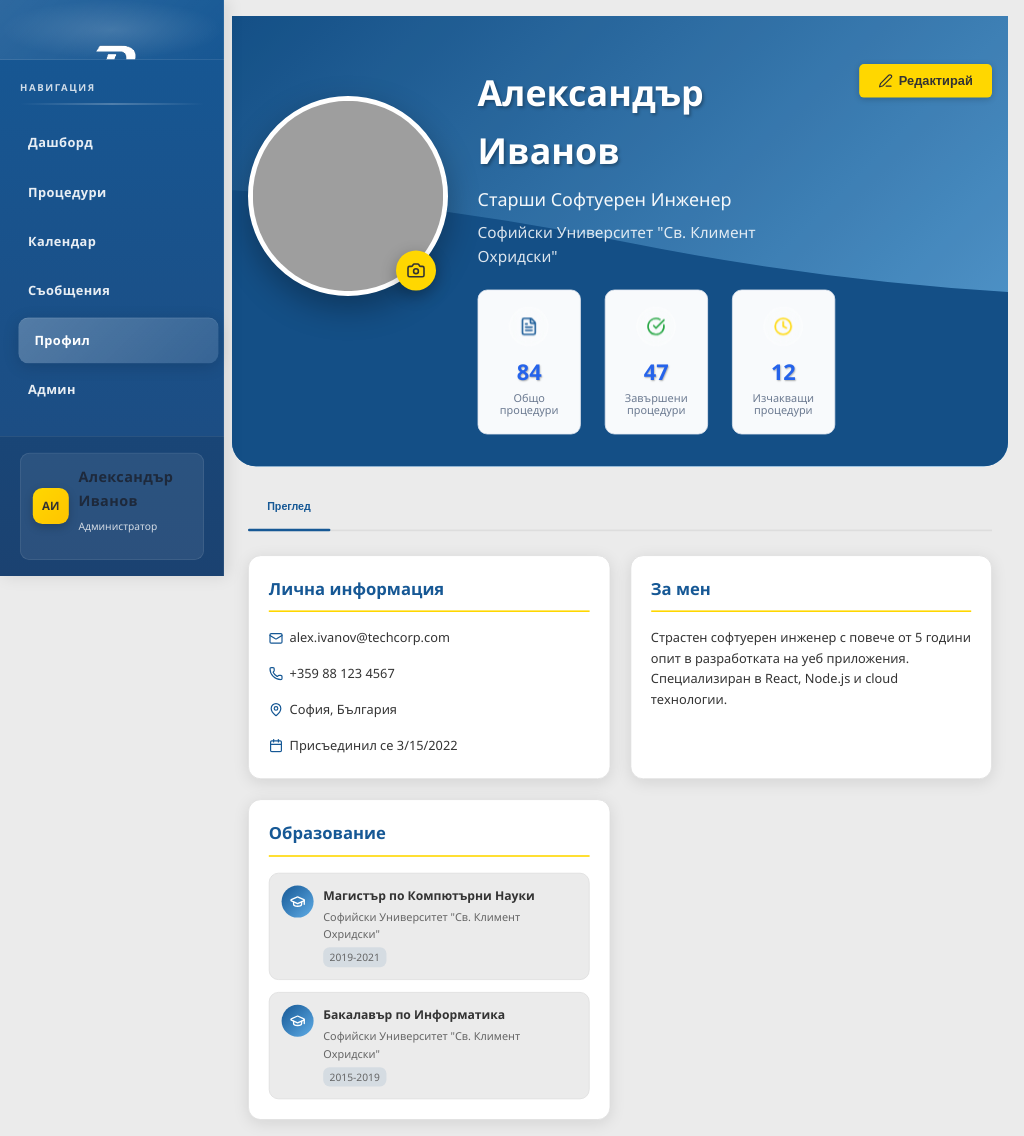
Repository: BorisSavianov/doxa-frontend
Page: /profile
These files come from the project's save history. The page is drawn as it stood at one moment and after the next save; the edit follows.
The browser window is 1280 px wide. The pictures show the whole page, at 80% of full size.
Pictures or frames that could not be fetched are drawn as grey boxes. The project was rebuilt for these pictures with package versions that can differ from the ones it lists, and the page was loaded fresh each time. Also part of the build but not shown: vite.config.js, src/components/Layout/Header.jsx, src/pages/Dashboard.jsx, src/pages/Inbox.css, src/pages/Inbox.jsx, src/pages/Calendar.css, src/pages/Calendar.jsx, src/pages/Admin.jsx and 2 more.

Above is the page before, as saved 2025-10-24 15:12:27.

### index.html
<!doctype html>
<html lang="en">
  <head>
    <meta charset="UTF-8" />
    <link rel="icon" type="image/svg+xml" href="/vite.svg" />
    <meta name="viewport" content="width=device-width, initial-scale=1.0" />
    <title>vtu</title>
  </head>
  <body>
    <div id="root"></div>
    <script type="module" src="/src/main.jsx"></script>
  </body>
</html>

### src/main.jsx
import React from 'react'
import ReactDOM from 'react-dom/client'
import { createBrowserRouter, RouterProvider } from 'react-router-dom'
import { ThemeProvider } from './contexts/ThemeContext'
import { LanguageProvider } from './contexts/LanguageContext'
import Layout from './components/Layout/Layout'
import Dashboard from './pages/Dashboard'
import Profile from './pages/Profile'
import Inbox from './pages/Inbox'
import Calendar from './pages/Calendar'
import Admin from './pages/Admin'
import './index.css'
import Procedures from './pages/Procedures'

const router = createBrowserRouter([
  {
    path: "/",
    element: <Layout />,
    children: [
      {
        index: true,
        element: <Dashboard />,
      },
      {
        path: "dashboard",
        element: <Dashboard />,
      },
      {
        path: "profile",
        element: <Profile />,
      },
      {
        path: "inbox",
        element: <Inbox />,
      },
      {
        path: "calendar",
        element: <Calendar />,
      },
      {
        path: "admin",
        element: <Admin />,
      },
       {
        path: "procedures",
        element: <Procedures />,
      },
    ],
  },
], {
  future: {
    v7_startTransition: true,
    v7_relativeSplatPath: true,
  },
});

function App() {
  return (
    <ThemeProvider>
      <LanguageProvider>
        <RouterProvider router={router} />
      </LanguageProvider>
    </ThemeProvider>
  )
}

ReactDOM.createRoot(document.getElementById('root')).render(
  <React.StrictMode>
    <App />
  </React.StrictMode>,
)

### src/contexts/LanguageContext.jsx
import React, { createContext, useContext, useState } from 'react'
import { useLocalStorage } from '../hooks/useLocalStorage'

const LanguageContext = createContext()

export const useLanguage = () => {
  const context = useContext(LanguageContext)
  if (!context) {
    throw new Error('useLanguage must be used within a LanguageProvider')
  }
  return context
}

export const LanguageProvider = ({ children }) => {
  const [isEnglish, setIsEnglish] = useLocalStorage('language', false)

  const toggleLanguage = () => {
    setIsEnglish(prev => !prev)
  }

  const t = (bg, en) => {
    return isEnglish ? en : bg
  }

  const value = {
    isEnglish,
    toggleLanguage,
    t
  }

  return (
    <LanguageContext.Provider value={value}>
      {children}
    </LanguageContext.Provider>
  )
}

// В LanguageContext.jsx, добави следния код в t функцията или създай нова:
const calendarLocales = {
  bg: {
    buttonText: {
      today: 'Днес',
      month: 'Месец',
      week: 'Седмица',
      day: 'Ден',
      list: 'Списък'
    },
    allDayText: 'Цял ден',
    noEventsText: 'Няма събития'
  },
  en: {
    buttonText: {
      today: 'Today',
      month: 'Month',
      week: 'Week',
      day: 'Day',
      list: 'List'
    },
    allDayText: 'All day',
    noEventsText: 'No events'
  }
}

// Актуализирай t функцията или добави нова:
const getCalendarLocale = () => {
  return isEnglish ? calendarLocales.en : calendarLocales.bg
}

### src/components/Layout/Layout.jsx
import React from 'react'
import { Outlet } from 'react-router-dom'
import { useTheme } from '../../contexts/ThemeContext'
import Header from './Header'
import Sidebar from './Sidebar'
import '../../styles/globals.css'

const Layout = () => {
  const { isDark } = useTheme()

  return (
    <div className={`app ${isDark ? 'dark' : 'light'}`}>
      <Sidebar />
      <div className="main-content">

        <Outlet />
      </div>
    </div>
  )
}

export default Layout

### src/index.css
:root {
  font-family: Inter, system-ui, Avenir, Helvetica, Arial, sans-serif;
  line-height: 1.5;
  font-weight: 400;
}

body {
  margin: 0;
  display: flex;
  place-items: center;
  min-width: 320px;
  min-height: 100vh;
}

#root {
  width: 100%;
  margin: 0 auto;
}

### src/components/Layout/Sidebar.jsx
import React from 'react'
import { NavLink } from 'react-router-dom'
import { useLanguage } from '../../contexts/LanguageContext'

const Sidebar = () => {
  const { t } = useLanguage()

  const menuItems = [
    { path: '/dashboard', label: t('Дашборд', 'Dashboard') },
    { path: '/procedures', label: t('Процедури', 'Procedures') },
    { path: '/calendar', label: t('Календар', 'Calendar') },
    { path: '/inbox', label: t('Съобщения', 'Inbox') },
    { path: '/profile', label: t('Профил', 'Profile') },
    { path: '/admin', label: t('Админ', 'Admin') }
  ]

  return (
    <aside className="sidebar">
      {/* Header with Logo */}
      <div className="sidebar-header">
        <div className="logo-container">
          <img
            src="/logo.png"
            alt="Logo"
            className="logo"
            onError={(e) => {
              e.target.style.display = 'none'
              e.target.nextSibling.style.display = 'block'
            }}
          />

        </div>
        <div className="header-glow"></div>
      </div>

      {/* Navigation Menu */}
      <nav className="sidebar-nav">
        <div className="nav-header">
          <div className="nav-title">НАВИГАЦИЯ</div>
          <div className="nav-divider"></div>
        </div>

        <ul className="nav-menu">
          {menuItems.map((item) => (
            <li key={item.path} className="nav-item">
              <NavLink
                to={item.path}
                className={({ isActive }) =>
                  `nav-link ${isActive ? 'active' : ''}`
                }
              >
                <span className="nav-label">{item.label}</span>
                <div className="nav-active-indicator"></div>
              </NavLink>
            </li>
          ))}
        </ul>
      </nav>

      {/* Sidebar Footer */}
      <div className="sidebar-footer">
        <div className="user-profile">
          <div className="user-avatar">
            <div className="avatar-initials">АИ</div>
          </div>
          <div className="user-info">
            <div className="user-name">Александър Иванов</div>
            <div className="user-role">Администратор</div>
          </div>
        </div>
      </div>
    </aside>
  )
}

export default Sidebar

### src/styles/globals.css
* {
  margin: 0;
  padding: 0;
  box-sizing: border-box;
}

:root {
  --transition: all 0.3s ease;
}

body {
  font-family: 'Segoe UI', Tahoma, Geneva, Verdana, sans-serif;
  transition: var(--transition);
  line-height: 1.6;
}

.app {
  min-height: 100vh;
  display: flex;
  transition: var(--transition);
}

/* Light theme */
.app.light {
  background-color: #ebebeb;
  color: #333333;
  --primary: #165895;
  --secondary: #5FACE6;
  --background: #ebebeb;
  --surface: #ffffff;
  --text: #333333;
  --textSecondary: #666666;
  --accent: #FFD700;
  --border: #dddddd;
}

/* Dark theme */
.app.dark {
  background-color: #333333;
  color: #ebebeb;
  --primary: #5FACE6;
  --secondary: #165895;
  --background: #333333;
  --surface: #444444;
  --text: #ebebeb;
  --textSecondary: #cccccc;
  --accent: #FFD700;
  --border: #555555;
}

/* Main content area */
.main-content {
  flex: 1;
  padding: 20px;
  margin-left: 270px;
  transition: var(--transition);
  background: var(--background);
}

/* Header */
.header {
  background: linear(135deg, var(--primary), var(--secondary));
  padding: 1rem 2rem;
  display: flex;
  justify-content: space-between;
  align-items: center;
  box-shadow: 0 2px 10px rgba(0,0,0,0.1);
  transition: var(--transition);
  border-bottom: 3px solid var(--accent);
}

.header h1 {
  color: white;
  font-size: 1.8rem;
  font-weight: 600;
  text-shadow: 1px 1px 2px rgba(0,0,0,0.2);
}

.header-controls {
  display: flex;
  gap: 1rem;
  align-items: center;
}

/* Sidebar */
/* Sidebar Modern Styles */
.sidebar {
  width: 280px;
  background: linear-gradient(180deg, var(--primary) 0%, #1e3a8a 100%);
  position: fixed;
  height: 100vh;
  padding: 0;
  box-shadow:
    4px 0 20px rgba(0, 0, 0, 0.1),
    inset -1px 0 0 rgba(255, 255, 255, 0.1);
  transition: var(--transition);
  display: flex;
  flex-direction: column;
  z-index: 1000;
}

/* Sidebar Header */
.sidebar-header {
  position: relative;
  padding: 30px 25px;
  border-bottom: 1px solid rgba(255, 255, 255, 0.1);
  background: linear-gradient(135deg, rgba(255, 255, 255, 0.1) 0%, transparent 100%);
  overflow: hidden;
}

.logo-container {
  position: relative;
  width: 60px;
  height: 60px;
  margin: 0 auto;
}

.logo {
  width: 100%;
  height: 100%;
  border-radius: 16px;
  object-fit: cover;

}

.logo:hover {
  transform: scale(1.05);
  box-shadow:
    0 12px 35px rgba(0, 0, 0, 0.3),
    0 0 0 2px rgba(255, 255, 255, 0.2);
}

.logo-fallback {
  width: 100%;
  height: 100%;
  border-radius: 16px;
  background: linear-gradient(135deg, var(--accent), #FFC400);
  display: none;
  align-items: center;
  justify-content: center;
  box-shadow:
    0 8px 25px rgba(0, 0, 0, 0.2),
    0 0 0 2px rgba(255, 255, 255, 0.1);
}

.header-glow {
  position: absolute;
  top: 0;
  left: 0;
  right: 0;
  height: 100%;
  background: radial-gradient(ellipse at center, rgba(255, 215, 0, 0.1) 0%, transparent 70%);
  pointer-events: none;
}

/* Navigation */
.sidebar-nav {
  flex: 1;
  padding: 25px 0;
}

.nav-header {
  padding: 0 25px 15px 25px;
}

.nav-title {
  color: rgba(255, 255, 255, 0.7);
  font-size: 0.8rem;
  font-weight: 600;
  text-transform: uppercase;
  letter-spacing: 1px;
  margin-bottom: 10px;
}

.nav-divider {
  height: 1px;
  background: linear-gradient(90deg, transparent 0%, rgba(255, 255, 255, 0.2) 50%, transparent 100%);
}

.nav-menu {
  list-style: none;
  padding: 0;
  margin: 0;
}

.nav-item {
  position: relative;
  margin: 2px 15px;
}

.nav-link {
  display: flex;
  align-items: center;
  gap: 12px;
  padding: 14px 16px;
  color: rgba(255, 255, 255, 0.8);
  text-decoration: none;
  border-radius: 12px;
  transition: all 0.3s ease;
  position: relative;
  overflow: hidden;
}

.nav-link::before {
  content: '';
  position: absolute;
  top: 0;
  left: 0;
  right: 0;
  bottom: 0;
  background: linear-gradient(135deg, rgba(255, 255, 255, 0.1) 0%, transparent 100%);
  opacity: 0;
  transition: opacity 0.3s ease;
  border-radius: 12px;
}

.nav-link:hover::before {
  opacity: 1;
}

.nav-link:hover {
  color: white;
  transform: translateX(5px);
  background: rgba(255, 255, 255, 0.05);
}

.nav-link.active {
  color: white;
  background: rgba(255, 255, 255, 0.1);
  box-shadow:
    0 4px 15px rgba(0, 0, 0, 0.2),
    inset 0 1px 0 rgba(255, 255, 255, 0.1);
}

.nav-link.active::before {
  opacity: 1;
}

/* Navigation Icons */
.nav-icon-wrapper {
  position: relative;
  width: 40px;
  height: 40px;
  display: flex;
  align-items: center;
  justify-content: center;
  border-radius: 10px;
  background: rgba(255, 255, 255, 0.1);
  transition: var(--transition);
}

.nav-link:hover .nav-icon-wrapper {
  transform: scale(1.1);
  background: rgba(255, 255, 255, 0.15);
}

.nav-link.active .nav-icon-wrapper {
  background: rgba(255, 255, 255, 0.2);
  transform: scale(1.1);
}

.nav-glow {
  position: absolute;
  top: 0;
  left: 0;
  right: 0;
  bottom: 0;
  border-radius: 10px;
  opacity: 0;
  transition: opacity 0.3s ease;
}

.nav-link.active .nav-glow {
  opacity: 0.2;
  animation: pulseGlow 2s ease-in-out infinite;
}

@keyframes pulseGlow {
  0%, 100% { opacity: 0.2; }
  50% { opacity: 0.4; }
}

.nav-label {
  flex: 1;
  font-weight: 500;
  font-size: 0.95rem;
  transition: var(--transition);
}

.nav-chevron {
  opacity: 0;
  transform: translateX(-5px);
  transition: all 0.3s ease;
  color: rgba(255, 255, 255, 0.6);
}

.nav-link:hover .nav-chevron,
.nav-link.active .nav-chevron {
  opacity: 1;
  transform: translateX(0);
}

.nav-active-indicator {
  position: absolute;
  left: -15px;
  top: 50%;
  transform: translateY(-50%);
  width: 4px;
  height: 0;
  border-radius: 0 4px 4px 0;
  transition: all 0.3s ease;
  opacity: 0;
}

.nav-link.active .nav-active-indicator {
  height: 60%;
  opacity: 1;
}

/* Sidebar Footer */
/* Sidebar Modern Styles */
.sidebar {
  width: 280px;
  background: linear-gradient(180deg, #165895 0%, #1e4a7e 100%);
  position: fixed;
  height: 100vh;
  padding: 0;
  box-shadow:
    4px 0 20px rgba(0, 0, 0, 0.1),
    inset -1px 0 0 rgba(255, 255, 255, 0.1);
  transition: var(--transition);
  display: flex;
  flex-direction: column;
  z-index: 1000;
}

/* Sidebar Header */
.sidebar-header {
  position: relative;
  padding: 30px 25px;
  border-bottom: 1px solid rgba(255, 255, 255, 0.1);
  background: linear-gradient(135deg, rgba(255, 255, 255, 0.1) 0%, transparent 100%);
  overflow: hidden;
}

.logo-container {
  position: relative;
  width: 100%;
  text-align: center;
}

.logo {
  width: 80px;
  height: 80px;
  border-radius: 16px;
  object-fit: cover;

}

.logo-fallback {
  display: none;
}

.logo-text {
  color: white;
  font-size: 1.8rem;
  font-weight: 800;
  letter-spacing: 2px;
  text-shadow: 0 2px 10px rgba(0, 0, 0, 0.3);
  background: linear-gradient(135deg, #FFFFFF 0%, #F0F0F0 100%);
  -webkit-background-clip: text;
  -webkit-text-fill-color: transparent;
  background-clip: text;
}

.header-glow {
  position: absolute;
  top: 0;
  left: 0;
  right: 0;
  height: 100%;
  background: radial-gradient(ellipse at center, rgba(255, 255, 255, 0.15) 0%, transparent 70%);
  pointer-events: none;
}

/* Navigation */
.sidebar-nav {
  flex: 1;
  padding: 25px 0;
}

.nav-header {
  padding: 0 25px 15px 25px;
}

.nav-title {
  color: rgba(255, 255, 255, 0.8);
  font-size: 0.75rem;
  font-weight: 700;
  text-transform: uppercase;
  letter-spacing: 2px;
  margin-bottom: 10px;
}

.nav-divider {
  height: 2px;
  background: linear-gradient(90deg, transparent 0%, rgba(255, 255, 255, 0.3) 50%, transparent 100%);
}

.nav-menu {
  list-style: none;
  padding: 0;
  margin: 0;
}

.nav-item {
  position: relative;
  margin: 4px 15px;
}

.nav-link {
  display: flex;
  align-items: center;
  padding: 16px 20px;
  color: rgba(255, 255, 255, 0.9);
  text-decoration: none;
  border-radius: 12px;
  transition: all 0.3s ease;
  position: relative;
  overflow: hidden;
  font-weight: 500;
  font-size: 1rem;
}

.nav-link::before {
  content: '';
  position: absolute;
  top: 0;
  left: 0;
  right: 0;
  bottom: 0;
  background: linear-gradient(135deg, rgba(255, 255, 255, 0.15) 0%, transparent 100%);
  opacity: 0;
  transition: opacity 0.3s ease;
  border-radius: 12px;
}

.nav-link:hover::before {
  opacity: 1;
}

.nav-link:hover {
  color: white;
  transform: translateX(8px);
  background: rgba(255, 255, 255, 0.08);
  box-shadow: 0 4px 15px rgba(0, 0, 0, 0.1);
}

.nav-link.active {
  color: white;
  background: rgba(255, 255, 255, 0.12);
  box-shadow:
    0 4px 20px rgba(0, 0, 0, 0.15),
    inset 0 1px 0 rgba(255, 255, 255, 0.1);
  transform: translateX(8px);
}

.nav-link.active::before {
  opacity: 1;
}

.nav-label {
  flex: 1;
  font-weight: 600;
  font-size: 1rem;
  transition: var(--transition);
  letter-spacing: 0.5px;
}

.nav-active-indicator {
  position: absolute;
  left: -15px;
  top: 50%;
  transform: translateY(-50%);
  width: 4px;
  height: 0;
  border-radius: 0 4px 4px 0;
  transition: all 0.3s ease;
  opacity: 0;
  background: linear-gradient(180deg, #FFD700 0%, #FFC400 100%);
}

.nav-link.active .nav-active-indicator {
  height: 70%;
  opacity: 1;
}

/* Sidebar Footer */
.sidebar-footer {
  padding: 20px 25px;
  border-top: 1px solid rgba(255, 255, 255, 0.1);
  background: rgba(0, 0, 0, 0.1);
}

.user-profile {
  display: flex;
  align-items: center;
  gap: 12px;
  padding: 15px;
  border-radius: 12px;
  background: rgba(255, 255, 255, 0.08);
  transition: var(--transition);
  cursor: pointer;
  border: 1px solid rgba(255, 255, 255, 0.1);
}

.user-profile:hover {
  background: rgba(255, 255, 255, 0.12);
  transform: translateY(-2px);
  box-shadow: 0 4px 15px rgba(0, 0, 0, 0.2);
}

.user-avatar {
  width: 45px;
  height: 45px;
  border-radius: 12px;
  background: linear-gradient(135deg, #FFD700 0%, #FFC400 100%);
  display: flex;
  align-items: center;
  justify-content: center;
  color: #333333;
  font-weight: 700;
  box-shadow: 0 4px 12px rgba(0, 0, 0, 0.2);
  font-size: 0.9rem;
}

.avatar-initials {
  font-weight: 800;
}

.user-info {
  flex: 1;
}

.user-name {
  color: white;
  font-size: 0.95rem;
  font-weight: 700;
  margin-bottom: 3px;
  letter-spacing: 0.5px;
}

.user-role {
  color: rgba(255, 255, 255, 0.8);
  font-size: 0.8rem;
  font-weight: 500;
}

/* Responsive Design */
@media (max-width: 768px) {
  .sidebar {
    width: 250px;
    transform: translateX(-100%);
  }

  .sidebar.open {
    transform: translateX(0);
  }

  .logo-text {
    font-size: 1.5rem;
  }

  .nav-link {
    padding: 14px 18px;
    font-size: 0.95rem;
  }
}

/* Dark theme adjustments */
.app.dark .sidebar {
  background: linear-gradient(180deg, #165895 0%, #1e4a7e 100%);
}

.app.dark .sidebar-header {
  background: linear-gradient(135deg, rgba(255, 255, 255, 0.1) 0%, transparent 100%);
}

/* Scrollbar Styling for Sidebar */
.sidebar-nav::-webkit-scrollbar {
  width: 4px;
}

.sidebar-nav::-webkit-scrollbar-track {
  background: rgba(255, 255, 255, 0.1);
  border-radius: 2px;
}

.sidebar-nav::-webkit-scrollbar-thumb {
  background: rgba(255, 255, 255, 0.3);
  border-radius: 2px;
}

.sidebar-nav::-webkit-scrollbar-thumb:hover {
  background: rgba(255, 255, 255, 0.5);
}

/* Animation for active state */
@keyframes slideIn {
  from {
    opacity: 0;
    transform: translateX(-10px);
  }
  to {
    opacity: 1;
    transform: translateX(0);
  }
}

.nav-item {
  animation: slideIn 0.3s ease forwards;
}

.nav-item:nth-child(1) { animation-delay: 0.1s; }
.nav-item:nth-child(2) { animation-delay: 0.15s; }
.nav-item:nth-child(3) { animation-delay: 0.2s; }
.nav-item:nth-child(4) { animation-delay: 0.25s; }
.nav-item:nth-child(5) { animation-delay: 0.3s; }
.nav-item:nth-child(6) { animation-delay: 0.35s; }
/* Responsive Design */
@media (max-width: 768px) {
  .sidebar {
    width: 250px;
    transform: translateX(-100%);
  }

  .sidebar.open {
    transform: translateX(0);
  }
}

/* Dark theme adjustments */
.app.dark .sidebar {
  background: linear-gradient(180deg, #1e293b 0%, #0f172a 100%);
}

.app.dark .sidebar-header {
  background: linear-gradient(135deg, rgba(255, 255, 255, 0.05) 0%, transparent 100%);
}

/* Scrollbar Styling for Sidebar */
.sidebar-nav::-webkit-scrollbar {
  width: 4px;
}

.sidebar-nav::-webkit-scrollbar-track {
  background: rgba(255, 255, 255, 0.1);
  border-radius: 2px;
}

.sidebar-nav::-webkit-scrollbar-thumb {
  background: rgba(255, 255, 255, 0.3);
  border-radius: 2px;
}

.sidebar-nav::-webkit-scrollbar-thumb:hover {
  background: rgba(255, 255, 255, 0.5);
}

/* Buttons */
.btn {
  padding: 10px 20px;
  border: none;
  border-radius: 6px;
  cursor: pointer;
  font-weight: 600;
  transition: var(--transition);
  display: flex;
  align-items: center;
  gap: 8px;
  font-size: 0.9rem;
}

.btn-primary {
  background: linear-gradient(135deg, var(--primary), var(--secondary));
  color: white;
  box-shadow: 0 2px 8px rgba(0,0,0,0.2);
}

.btn-primary:hover {
  transform: translateY(-2px);
  box-shadow: 0 4px 12px rgba(0,0,0,0.3);
}

.btn-accent {
  background: var(--accent);
  color: #333333;
  font-weight: bold;
  box-shadow: 0 2px 8px rgba(255, 215, 0, 0.3);
}

.btn-accent:hover {
  background: #FFC400;
  transform: translateY(-2px);
  box-shadow: 0 4px 12px rgba(255, 215, 0, 0.4);
}

/* Cards */
.card {
  background: var(--surface);
  border-radius: 12px;
  padding: 25px;
  box-shadow: 0 4px 15px rgba(0,0,0,0.1);
  transition: var(--transition);
  border: 1px solid var(--border);
  position: relative;
  overflow: hidden;
}

.card::before {
  content: '';
  position: absolute;
  top: 0;
  left: 0;
  right: 0;
  height: 4px;
  background: linear-gradient(90deg, var(--primary), var(--accent));
}

.card:hover {
  transform: translateY(-5px);
  box-shadow: 0 8px 25px rgba(0,0,0,0.15);
}

/* Dashboard Grid */
.dashboard-grid {
  display: grid;
  grid-template-columns: repeat(auto-fit, minmax(280px, 1fr));
  gap: 25px;
  margin-top: 25px;
}

.stat-card {
  text-align: center;
  background: linear-gradient(135deg, var(--surface), var(--background));
}

.stat-number {
  font-size: 2.5rem;
  font-weight: bold;
  background: linear-gradient(135deg, var(--primary), var(--secondary));
  -webkit-background-clip: text;
  -webkit-text-fill-color: transparent;
  background-clip: text;
  margin: 15px 0;
}

.stat-label {
  color: var(--textSecondary);
  font-size: 1rem;
  font-weight: 500;
}

/* Chart container */
.chart-container {
  background: var(--surface);
  border-radius: 12px;
  padding: 25px;
  margin-top: 25px;
  border: 1px solid var(--border);
  box-shadow: 0 4px 15px rgba(0,0,0,0.1);
}

.chart-container h3 {
  color: var(--primary);
  margin-bottom: 20px;
  font-size: 1.3rem;
}

.simple-chart {
  height: 250px;
  background: linear-gradient(135deg, var(--background), var(--surface));
  border-radius: 8px;
  display: flex;
  align-items: flex-end;
  padding: 15px;
  gap: 12px;
  border: 1px solid var(--border);
}

.chart-bar {
  flex: 1;
  background: linear-gradient(to top, var(--primary), var(--secondary));
  border-radius: 4px 4px 0 0;
  transition: var(--transition);
  min-height: 20px;
  position: relative;
  box-shadow: 0 -2px 10px rgba(0,0,0,0.1);
}

.chart-bar:hover {
  transform: scaleY(1.05);
  box-shadow: 0 -4px 15px rgba(0,0,0,0.2);
}

.chart-bar::after {
  content: '';
  position: absolute;
  top: 0;
  left: 0;
  right: 0;
  height: 100%;
  background: linear-gradient(to bottom, transparent, rgba(255, 215, 0, 0.3));
  border-radius: 4px 4px 0 0;
}

/* Page headers */
h2 {
  color: var(--primary);
  font-size: 2rem;
  margin-bottom: 20px;
  padding-bottom: 10px;
  border-bottom: 3px solid var(--accent);
  display: inline-block;
}

h3 {
  color: var(--primary);
  margin-bottom: 15px;
  font-size: 1.4rem;
}

/* Responsive design */
@media (max-width: 768px) {
  .sidebar {
    width: 200px;
    transform: translateX(-100%);
  }

  .main-content {
    margin-left: 0;
  }

  .dashboard-grid {
    grid-template-columns: 1fr;
  }

  .header {
    padding: 1rem;
  }

  .header h1 {
    font-size: 1.4rem;
  }
}

/* Additional styling for better visual hierarchy */
.progress-bar {
  background: var(--border);
  border-radius: 10px;
  height: 8px;
  overflow: hidden;
  margin: 10px 0;
}

.progress-fill {
  height: 100%;
  background: linear-gradient(90deg, var(--primary), var(--accent));
  border-radius: 10px;
  transition: width 0.3s ease;
}

.badge {
  background: var(--accent);
  color: #333333;
  padding: 4px 12px;
  border-radius: 20px;
  font-size: 0.8rem;
  font-weight: bold;
  display: inline-block;
  margin-left: 10px;
}

Loaded but not shown: src/contexts/ThemeContext.js (31 lines, source omitted); src/hooks/useLocalStorage.js (24 lines, source omitted); src/pages/Profile.jsx (417 lines, source omitted); src/pages/Profile.css (619 lines, source omitted); src/styles/admin.css (582 lines, source omitted); src/styles/dashboard.css (322 lines, source omitted)

After the next save:
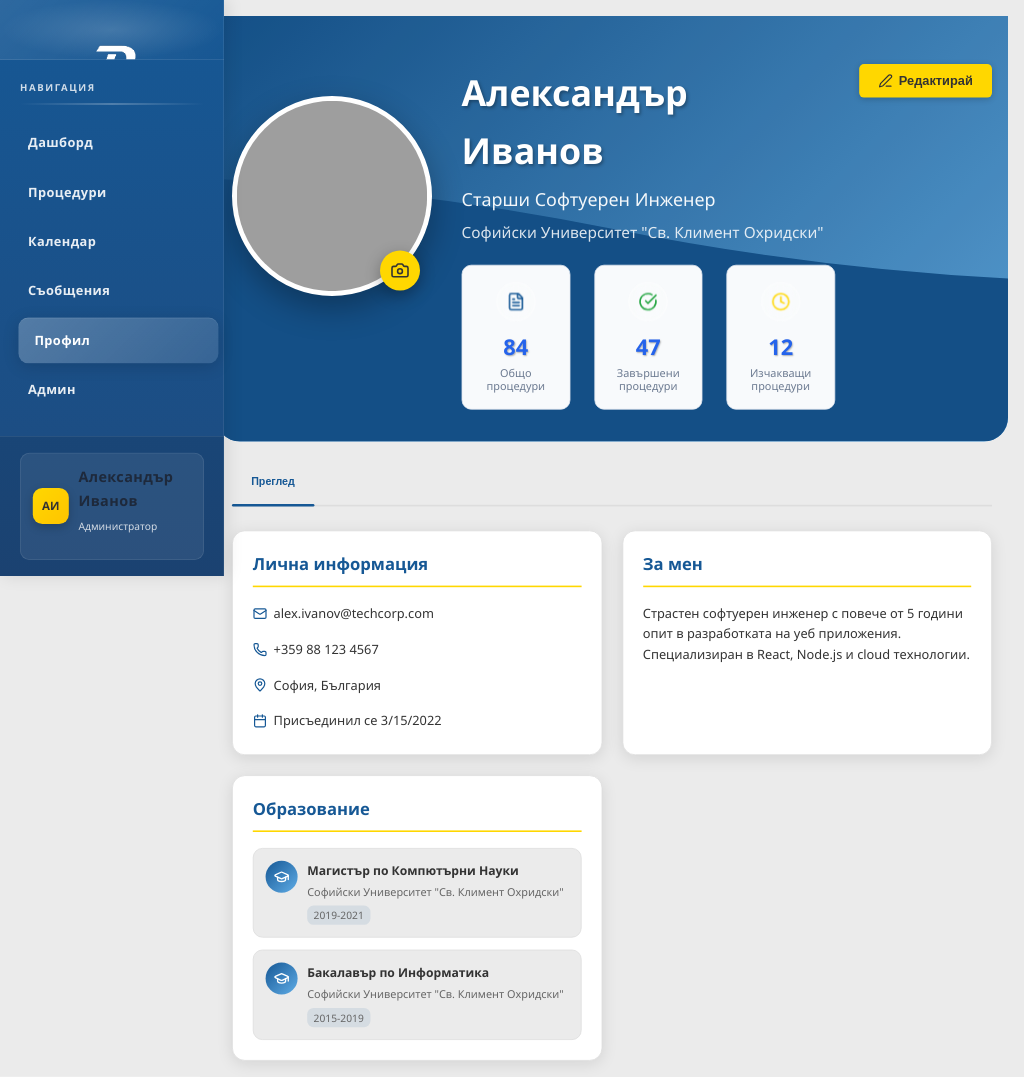
Saved 5 s later.
--- a/src/styles/globals.css
+++ b/src/styles/globals.css
@@ -52,7 +52,7 @@ body {
 .main-content {
   flex: 1;
   padding: 20px;
-  margin-left: 270px;
+  margin-left: 250px;
   transition: var(--transition);
   background: var(--background);
 }
